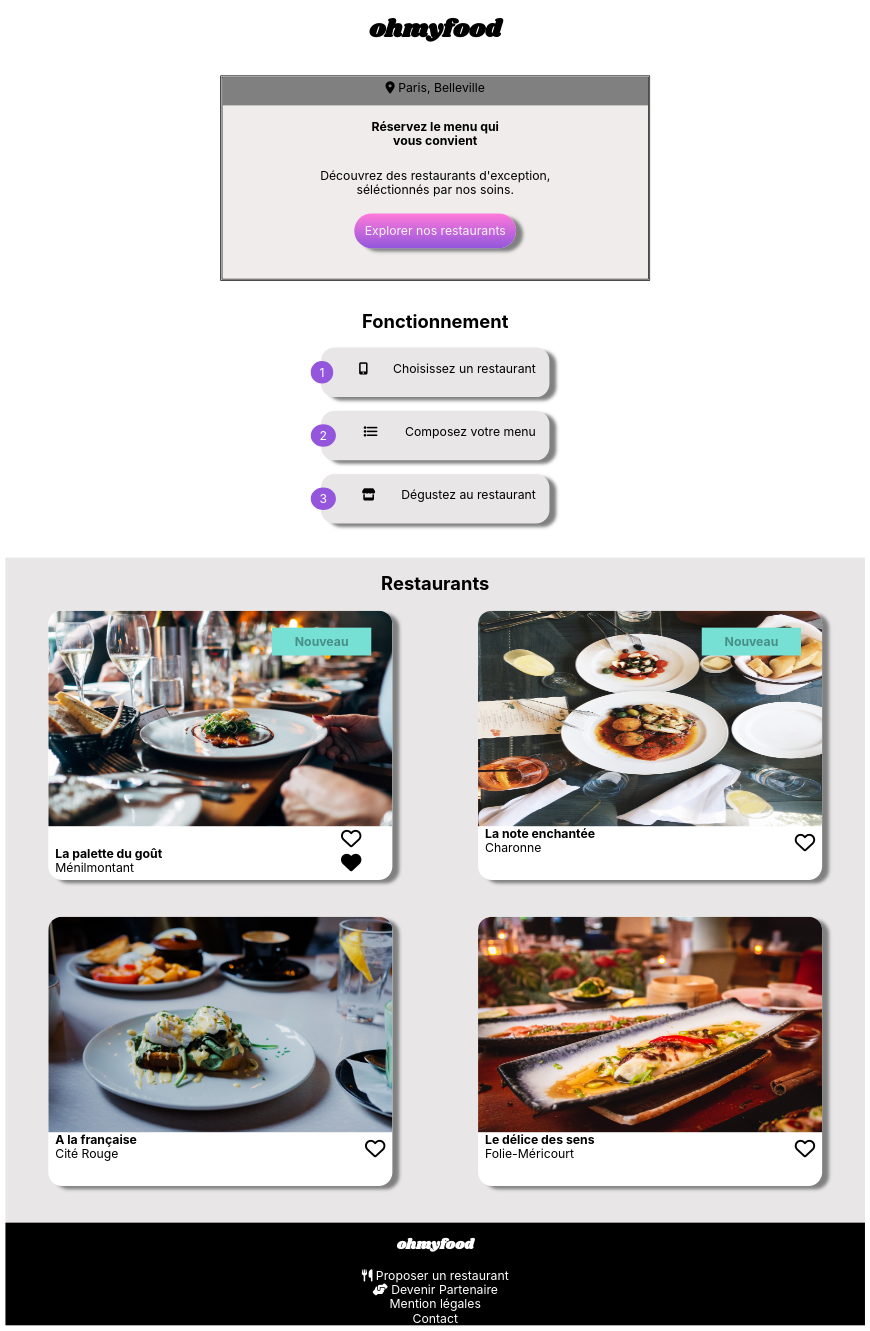
Repository: yacinebouk/ohmyfood
Page: index.html
An editor plug-in stored every save of this project. The page is shown before and after the next save, followed by the edit.
The browser window is 1280 px wide. The pictures show the whole page, at 68% of full size.
Some web libraries are served in a nearby version. The style sheet was rebuilt from its Sass, Less or Tailwind sources for each picture, by a compiler version that may differ from the author's.

Above is the page before, as saved 2022-07-07 14:25:39.

### index.html
<!DOCTYPE html>
<html lang="fr">

<head>
    <script src="https://kit.fontawesome.com/225bbe1e2d.js" crossorigin="anonymous"></script>
    <meta charset="utf-8" />
    <title>ohmyfood</title>
    <link rel="stylesheet" href="css/styles.css" />
    <meta name="viewport" content="width=device-width, initial-scale=1">

</head>

<body>
    <div class="hide">
        <div class="loader"></div>
    </div>
    <main>
        <header>
            <h1 class="Tittle">ohmyfood</h1>
            <div class="search">
                <div class="town"> <span><i class="fa-solid fa-location-dot"></i></span> Paris, Belleville</div>
                <div class="reservation"> <b> Réservez le menu qui <br> vous convient</b> </div>
                <div class="discover">Découvrez des restaurants d'exception, <br> séléctionnés par nos soins.</div>
                <div class="explore">
                    <span class="explore-text">Explorer nos restaurants</span>
                </div>
            </div>
        </header>
        <section class="section-working">
            <div class="working">
                <h2>Fonctionnement</h2>
                <div class="choose">
                    <div class="number">1</div>
                    <div class="logo-work"> <i class="fa-solid fa-mobile-screen-button"></i></div>
                    <div class="text-work"> Choisissez un restaurant</div>
                </div>
                <div class="compose">
                    <div class="number">2</div>
                    <div class="logo-work"><i class="fa-solid fa-ellipsis-vertical"><i class="fa-solid fa-bars"></i></i>
                    </div>
                    <div class="text-work"> Composez votre menu</div>
                </div>
                <div class="taste">
                    <div class="number">3</div>
                    <div class="logo-work"><i class="fa-solid fa-store"></i>
                    </div>
                    <div class="text-work"> Dégustez au restaurant</div>
                </div>
            </div>
        </section>
        <section class="section-restaurant">
            <div class="restaurant">
                <h2>Restaurants</h2>
                <div class="block-restaurant">
                    <div class="border-restaurant">
                        <div class="block-picture">
                            <div class="new"><b>Nouveau</b></div>
                            <div class="picture-restaurant"> <img src="./images/restaurants/jay-wennington-N_Y88TWmGwA-unsplash.jpg" style="height:100%;width: 100%" alt="Ohmyfood"></div>
                        </div>
                        <div class="block-text">
                            <div class="text">
                                <a href="./palette.html">
                                    <div class="title-restaurant"><b> La palette du goût</b>
                                    </div>
                                    <div class="place-restaurant"> Ménilmontant</div>
                                </a>
                            </div>
                            <div class="heart">
                                <span class="heart-regular"><i class="fa-regular fa-heart"></i></span>
                                <span class="heart solid"><i class="fa-solid fa-heart"></i></span>
                            </div>
                        </div>
                    </div>
                    <div class="border-restaurant">
                        <div class="block-picture">
                            <div class="new"><b>Nouveau</b></div>
                            <div class="picture-restaurant"> <img src="./images/restaurants/stil-u2Lp8tXIcjw-unsplash.jpg" style="height:100%;width: 100%" alt="Ohmyfood"></div>
                        </div>
                        <div class="block-text">
                            <div class="text">
                                <a href="./noteenchanté.html">
                                    <div class="title-restaurant"><b> La note enchantée</b>
                                    </div>
                                    <div class="place-restaurant"> Charonne</div>
                                </a>
                            </div>
                            <div class="heart">
                                <span class="heart-solid"><i class="fa-heart fa-regular gradient"></i></span>
                            </div>
                        </div>
                    </div>
                    <div class="border-restaurant">
                        <div class="block-picture">
                            <div class="picture-restaurant"> <img src="./images/restaurants/toa-heftiba-DQKerTsQwi0-unsplash.jpg" style="height:100%;width: 100%" alt="Ohmyfood"></div>
                        </div>
                        <div class="block-text">
                            <div class="text">
                                <a href="./francaise.html">
                                    <div class="title-restaurant"><b>A la française</b>
                                    </div>
                                    <div class="place-restaurant"> Cité Rouge</div>
                                </a>
                            </div>
                            <div class="heart">
                                <span class="heart-solid"><i class="fa-regular fa-heart gradient"></i></span>
                            </div>
                        </div>
                    </div>
                    <div class="border-restaurant">
                        <div class="block-picture">
                            <div class="picture-restaurant"> <img src="./images/restaurants/louis-hansel-shotsoflouis-qNBGVyOCY8Q-unsplash.jpg" style="height:100%;width: 100%" alt="Ohmyfood"></div>
                        </div>
                        <div class="block-text">
                            <div class="text">
                                <a href="./ledélice.html">
                                    <div class="title-restaurant"><b>Le délice des sens</b></div>
                                    <div class="place-restaurant">Folie-Méricourt</div>
                                </a>
                            </div>
                            <div class="heart">
                                <span class="heart-solid"><i class="fa-regular fa-heart gradient"></i></span>
                            </div>
                        </div>
                    </div>
                </div>
            </div>
        </section>
        <footer>
            <div class="frame-end">
                <h3 class="little-tittle">ohmyfood </h3>
                <div class="end">
                    <div class="propose"> <i class="fa-solid fa-utensils"></i> Proposer un restaurant</div>
                    <div class="partner"> <i class="fa-solid fa-handshake-angle"></i> Devenir Partenaire</div>
                    <div class="mention">Mention légales</div>
                    <div class="contact">
                        <a href="mailto:yacineboukhari@hotmail.com">Contact</a></div>
                </div>
            </div>
        </footer>
    </main>
</body>

### style/styles.scss
            main {
                font-size: 18px;
                font-family: -apple-system, BlinkMacSystemFont, 'Segoe UI', Roboto, Oxygen, Ubuntu, Cantarell, 'Open Sans', 'Helvetica Neue', sans-serif;
            }

            @font-face {
                font-family: 'Shrikhand';
                src: url('../language/Shrikhand-Regular.otf');
            }

            h1 {
                font-family: 'Shrikhand';
            }

            h3 {
                font-family: 'Shrikhand';
            }

            h2 {
                text-align: center;
            }

            header {
                text-align: center;
            }

            @mixin shadow {
                box-shadow: grey 10px 5px 5px;
            }

            @mixin block {
                display: flex;
                flex-direction: row;
                justify-content: space-between;
                padding-bottom: 40px;
                @include shadow;
                background-color: rgb(232, 230, 230);
                border-radius: 20px 20px;
                padding: 20px 20px 20px 0px;
                width: 25%;
                margin: auto;
            }

            .logo-img {
                padding-bottom: 20px;
            }

            .search {
                border: double;
                margin-left: 25%;
                margin-right: 25%;
                background-color: rgb(240, 236, 236);
                padding-bottom: 20px;
            }

            .town {
                padding-bottom: 15px;
                border-bottom: lightgray 2px;
                padding-top: 5px;
                background-color: grey;
            }

            .reservation {
                padding-top: 20px;
                padding-bottom: 30px
            }

            .discover {
                padding-bottom: 40px;
            }

            .explore {
                padding-bottom: 40px;
            }

            .explore span {
                @include shadow;
                background: linear-gradient(#FF79DA, #9356DC);
                border-radius: 50px 50px;
                padding: 15px;
                color: #f6f6f6;
            }

            .working {
                padding-top: 20px;
                display: flex;
                justify-content: center;
                flex-direction: column;
            }

            .number {
                border: #9356DC solid;
                border-radius: 50%;
                background-color: #9356DC;
                padding: 3px 10px 3px 10px;
                color: white;
                margin-left: -15px;
            }

            .choose {
                @include block;
                margin-bottom: 20px;
                &:hover {
                    .logo-work {
                        color: #9356DC;
                    }
                    background-color: #d8cee4;
                }
            }

            .compose {
                @include block;
                margin-bottom: 20px;
                &:hover {
                    .logo-work {
                        color: #9356DC;
                    }
                    background-color: #d8cee4;
                }
            }

            .taste {
                @include block;
                margin-bottom: 50px;
                &:hover {
                    .logo-work {
                        color: #9356DC;
                    }
                    background-color: #d8cee4;
                }
            }

            .section-restaurant {
                display: flex;
                flex-direction: column;
                background-color: rgb(232, 230, 230);
            }

            h1 {
                text-align: center;
                padding-bottom: 20px;
            }

            .block-restaurant {
                display: flex;
                flex-wrap: wrap;
                height: 900px;
                width: 100%;
                justify-content: space-around;
            }

            .border-restaurant {
                width: 40%;
                height: 44%;
                overflow: hidden;
                @include shadow;
                background-color: white;
                border-radius: 20px 20px;
            }

            .picture-restaurant {
                height: 80%;
            }

            .text {
                padding-left: 10px;
                display: flex;
                flex-direction: column;
                width: 100%;
            }

            .text a {
                text-decoration: none black;
                color: black;
            }

            .block-text {
                display: flex;
                place-items: flex-end;
                justify-content: space-between;
            }

            .heart {
                font-size: 30px;
                margin-right: 10px;
                position: relative;
            }

            .gradient {
                cursor: pointer;
                &:visited {
                    -webkit-background-clip: text;
                    font-weight: 900;
                    background-image: linear-gradient(#9356DC, #FF79DA);
                    -webkit-text-fill-color: transparent;
                    animation: 3s colorin;
                }
            }

            @keyframes colorin {
                0% {
                    opacity: 0;
                }
                100% {
                    opacity: 1;
                }
            }

            @keyframes colorout {
                0% {
                    opacity: 1;
                }
                100% {
                    opacity: 0;
                }
            }

            @keyframes fadeIn {
                0% {
                    visibility: visible;
                    opacity: 1;
                }
                100% {
                    visibility: hidden;
                    opacity: 0;
                }
            }

            .loader {
                border: 10px solid #f3f3f3;
                border-top: 10px solid red;
                border-bottom: 10px solid blue;
                border-radius: 50%;
                width: 100px;
                height: 100px;
                margin: auto;
                position: absolute;
                top: 0;
                left: 0;
                right: 0;
                bottom: 0;
                -webkit-animation: spin 1.5s linear infinite;
                -o-animation: spin 1.5s linear infinite;
                animation: spin 1.5s linear infinite;
            }

            .hide {
                animation: 2s fadeIn;
                animation-fill-mode: forwards;
            }

            main {
                animation: 2s fadeOut;
            }

            @keyframes fadeOut {
                0% {
                    visibility: hidden;
                    opacity: 0;
                }
                100% {
                    visibility: visible;
                    opacity: 1;
                }
            }

            @keyframes fadeIn {
                0% {
                    visibility: visible;
                    opacity: 1;
                }
                100% {
                    visibility: hidden;
                    opacity: 0;
                }
            }

            @keyframes spin {
                0% {
                    transform: rotate(0deg);
                }
                100% {
                    transform: rotate(360deg);
                }
            }

            .frame-end {
                text-align: center;
                background-color: black;
                color: white;
                display: flex;
                flex-direction: column;
            }

            .little-picture {
                height: 20px;
            }

            .contact a {
                text-decoration: none white;
                color: white;
            }

            .block-picture {
                position: relative;
                height: 80%;
            }

            .picture-restaurant {
                height: 100%;
            }

            .new {
                color: rgb(69, 143, 134);
                background-color: rgb(119, 224, 212);
                width: 25%;
                position: absolute;
                text-align: center;
                margin-left: 65%;
                margin-top: 5%;
                padding: 10px;
            }

            @media screen and (min-width: 320px) and (max-width: 768px) {
                main {
                    font-size: 20px;
                }
                body {
                    margin: 0;
                    width: 100%;
                }
                header {
                    width: 100%;
                }
                .logo-img {
                    padding-bottom: 10px;
                }
                .search {
                    border: none;
                    margin: 0;
                    width: 100%;
                }
                .town {
                    padding-top: 5px;
                    background-color: rgb(216, 214, 214);
                    border-bottom: none;
                    border-top: solid 2px grey;
                }
                .reservation {
                    font-size: 24px;
                    padding-bottom: 20px;
                }
                h1 {
                    text-align: center;
                }
                h2 {
                    text-align: initial;
                }
                h3 {
                    margin-left: 20px;
                }
                .working {
                    margin-left: 20px;
                }
                .choose {
                    margin-left: 0;
                    width: 90%;
                }
                .compose {
                    margin-left: 0;
                    width: 90%;
                }
                .taste {
                    margin-left: 0;
                    width: 90%;
                }
                .restaurant {
                    margin-left: 20px;
                }
                .block-restaurant {
                    height: auto;
                    justify-content: unset;
                }
                .border-restaurant {
                    width: 95%;
                    height: 40%;
                    margin-bottom: 20px;
                }
                .picture-restaurant {
                    height: 200px;
                    width: 100%;
                }
                .block-text {
                    padding: 10px;
                }
                .frame-end {
                    text-align: initial;
                }
                .end {
                    display: flex;
                    justify-content: space-around;
                    flex-direction: column;
                    margin-left: 20px;
                }
                .contact {
                    padding-bottom: 20px;
                }
            }

            @media screen and (min-width: 769px) and (max-width: 991px) {
                .choose {
                    width: 32%;
                    margin-left: 34%;
                }
                .compose {
                    width: 32%;
                    margin-left: 34%;
                }
                .taste {
                    width: 32%;
                    margin-left: 34%;
                }
            }

After the next save:
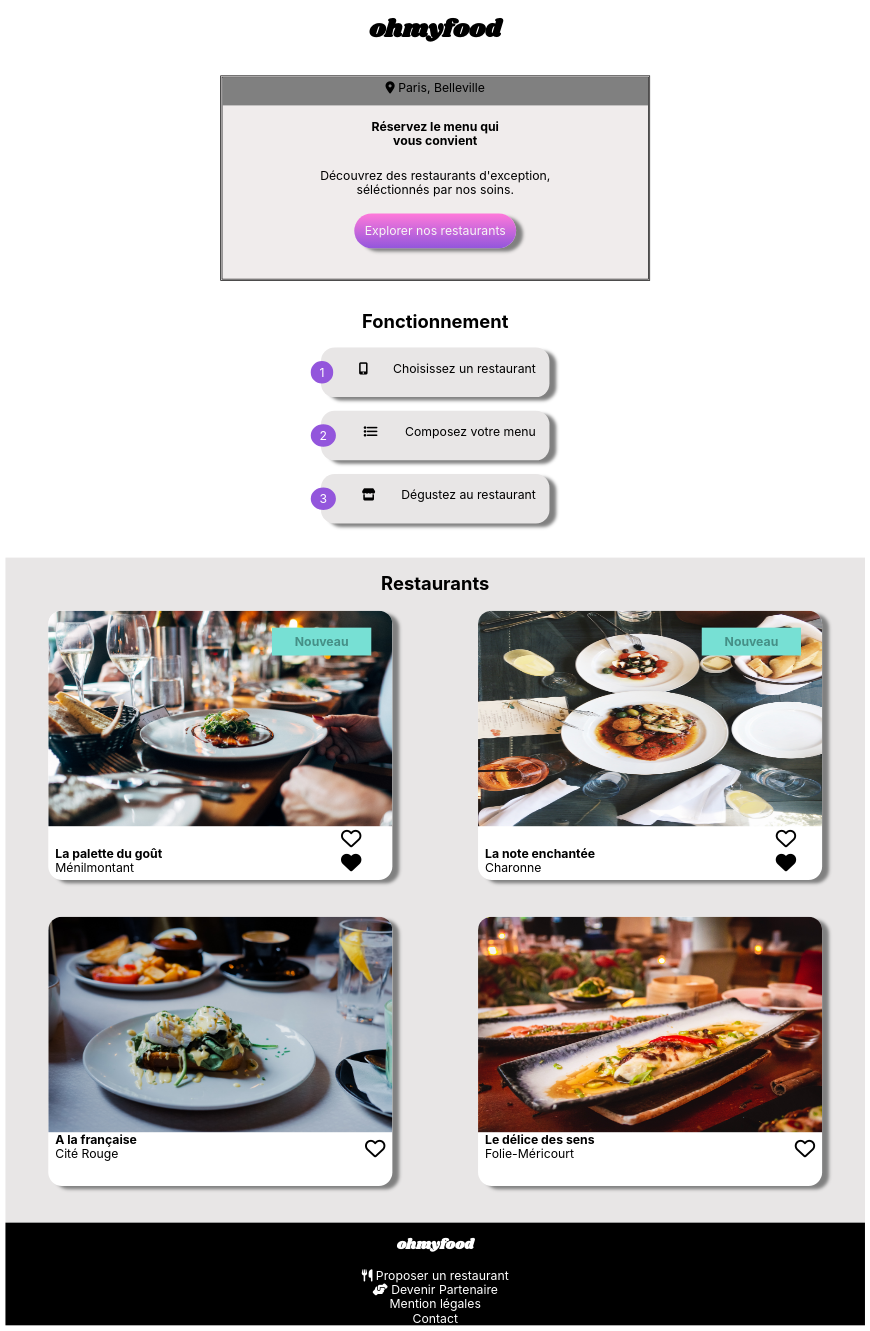
Saved 7 s later.
--- a/index.html
+++ b/index.html
@@ -85,7 +85,8 @@
                                 </a>
                             </div>
                             <div class="heart">
-                                <span class="heart-solid"><i class="fa-heart fa-regular gradient"></i></span>
+                                <span class="heart-regular"><i class="fa-regular fa-heart"></i></span>
+                                <span class="herat solid"><i class="fa-solid fa-heart"></i></span>
                             </div>
                         </div>
                     </div>
